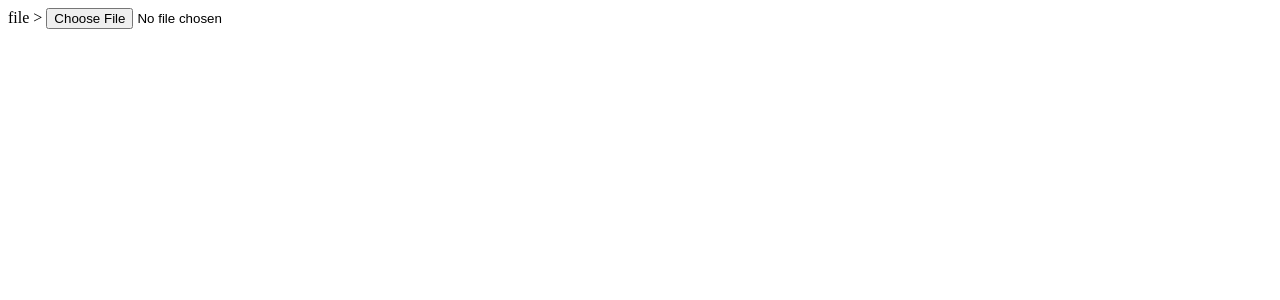
Repository: MeGuuuun/-_TableJava
Page: http://localhost/kimbanbagi/test.jsp
An editor plug-in stored every save of this project. The page is shown before and after the next save, followed by the edit.
The browser window is 1280 px wide. The pictures show the whole page.
The page is served by Tomcat 10. Other server files are loaded and not shown.

Above is the page before, as saved 2024-06-03 06:06:37.

### tableJava/kimbanbagi/WebContent/test.jsp
<%@ page language="java" contentType="text/html; charset=UTF-8"
    pageEncoding="UTF-8"%>
<!DOCTYPE html>
<html>
<head>
<meta charset="UTF-8">
<title>Insert title here</title>
</head>
<body>
	<form action="test" action="method">
		<label>file > </label>
		<input type="file" name="photo">
	</form>
</body>
</html>

After the next save:
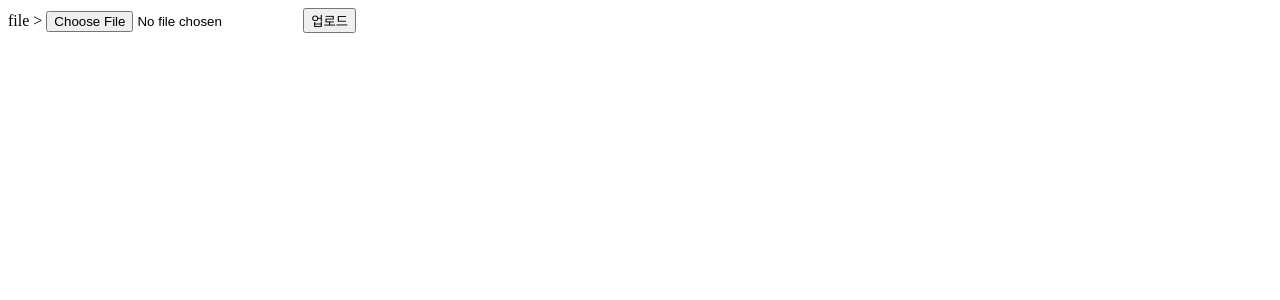
Saved 2 min 17 s later.
--- a/tableJava/kimbanbagi/WebContent/test.jsp
+++ b/tableJava/kimbanbagi/WebContent/test.jsp
@@ -7,9 +7,10 @@
 <title>Insert title here</title>
 </head>
 <body>
-	<form action="test" action="method">
+	<form action="test" action="method" enctype="multipart/form-data">
 		<label>file > </label>
 		<input type="file" name="photo">
+		<input type="submit" value="업로드">
 	</form>
 </body>
 </html>
